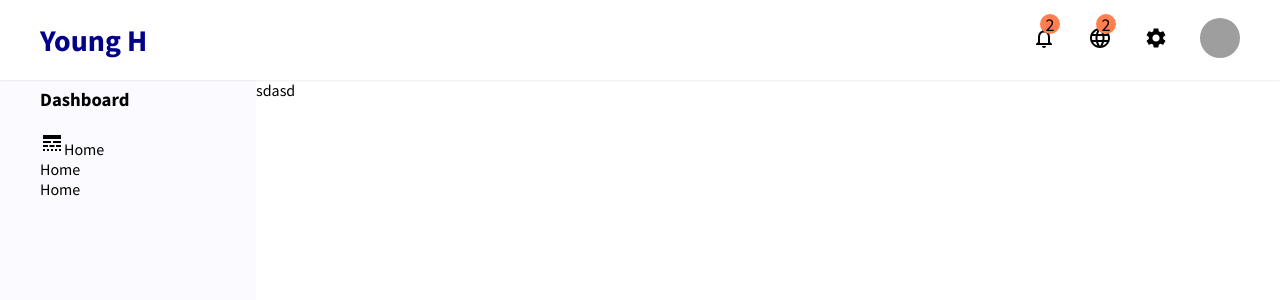
Repository: noname20011/admin
Page: /
An editor plug-in stored every save of this project. The page is shown before and after the next save, followed by the edit.
The browser window is 1280 px wide. The pictures show the whole page.
Pictures or frames that could not be fetched are drawn as grey boxes. The project was rebuilt for these pictures with package versions that can differ from the ones it lists, and the page was loaded fresh each time.

Above is the page before, as saved 2021-11-13 09:45:10.

After the next save:
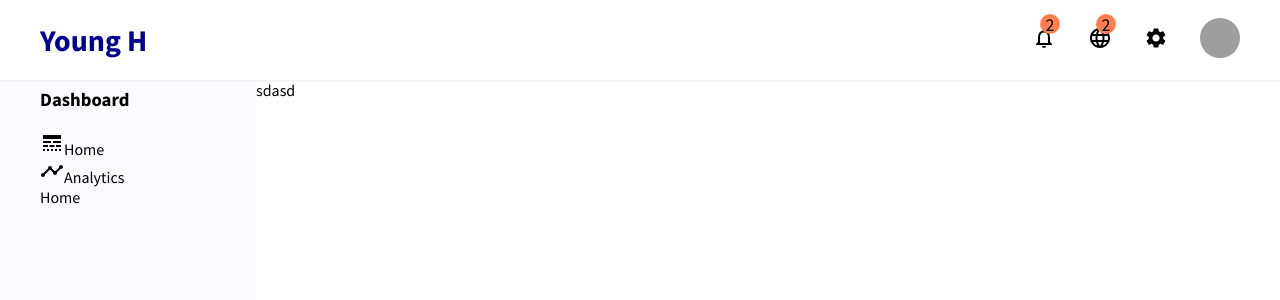
Saved 32 s later.
--- a/src/comopnents/sidebar/Sidebar.jsx
+++ b/src/comopnents/sidebar/Sidebar.jsx
@@ -1,4 +1,4 @@
-import { LineStyle } from '@material-ui/icons'
+import { LineStyle, Timeline } from '@material-ui/icons'
 import React from 'react'
 import "./sidebar.css"
 export default function Sidebar() {
@@ -12,7 +12,8 @@ export default function Sidebar() {
                         Home
                     </li>
                     <li className="sidebarListItem">
-                        Home
+                        <Timeline/>
+                        Analytics
                     </li>
                     <li className="sidebarListItem">
                         Home
